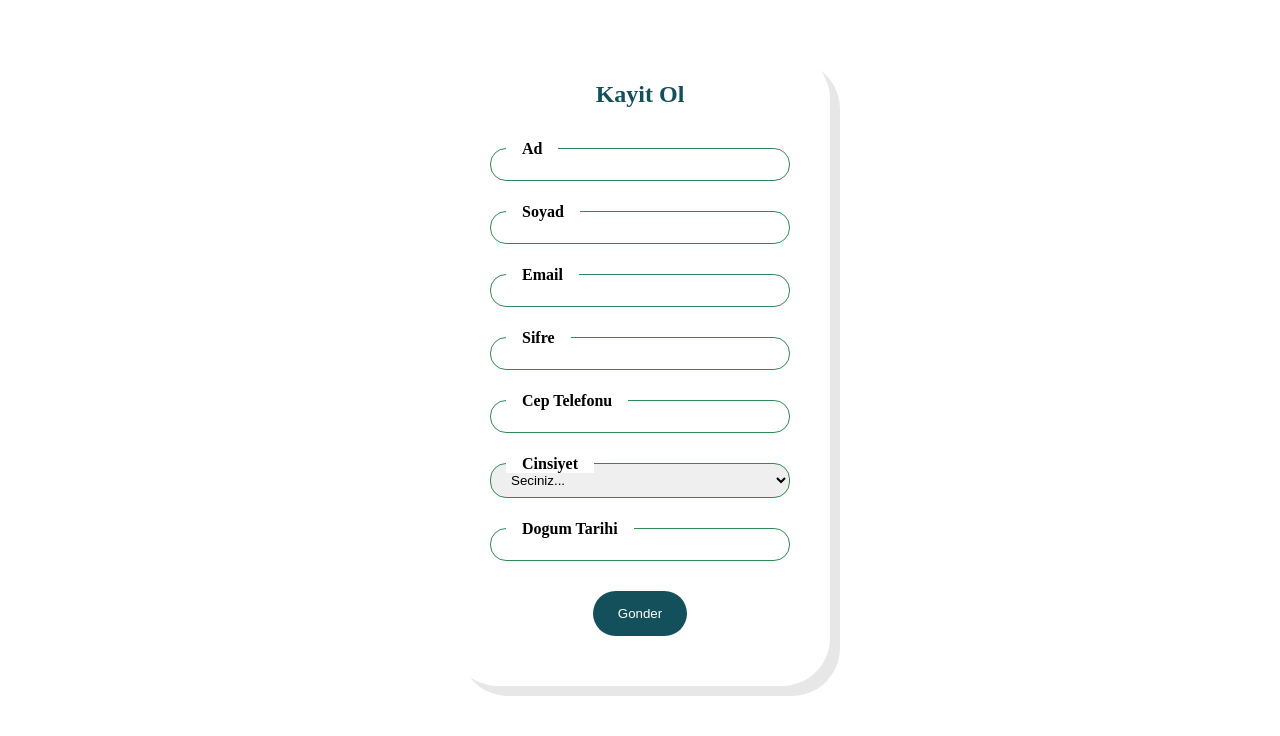
Repository: aenesyvz/web-programming-project
Page: http://localhost/test4/index2.jsp
An editor plug-in stored every save of this project. The page is shown before and after the next save, followed by the edit.
The browser window is 1280 px wide. The pictures show the whole page.
The page is served by Tomcat 9.

Above is the page before, as saved 2023-05-12 08:02:53.

After the next save:
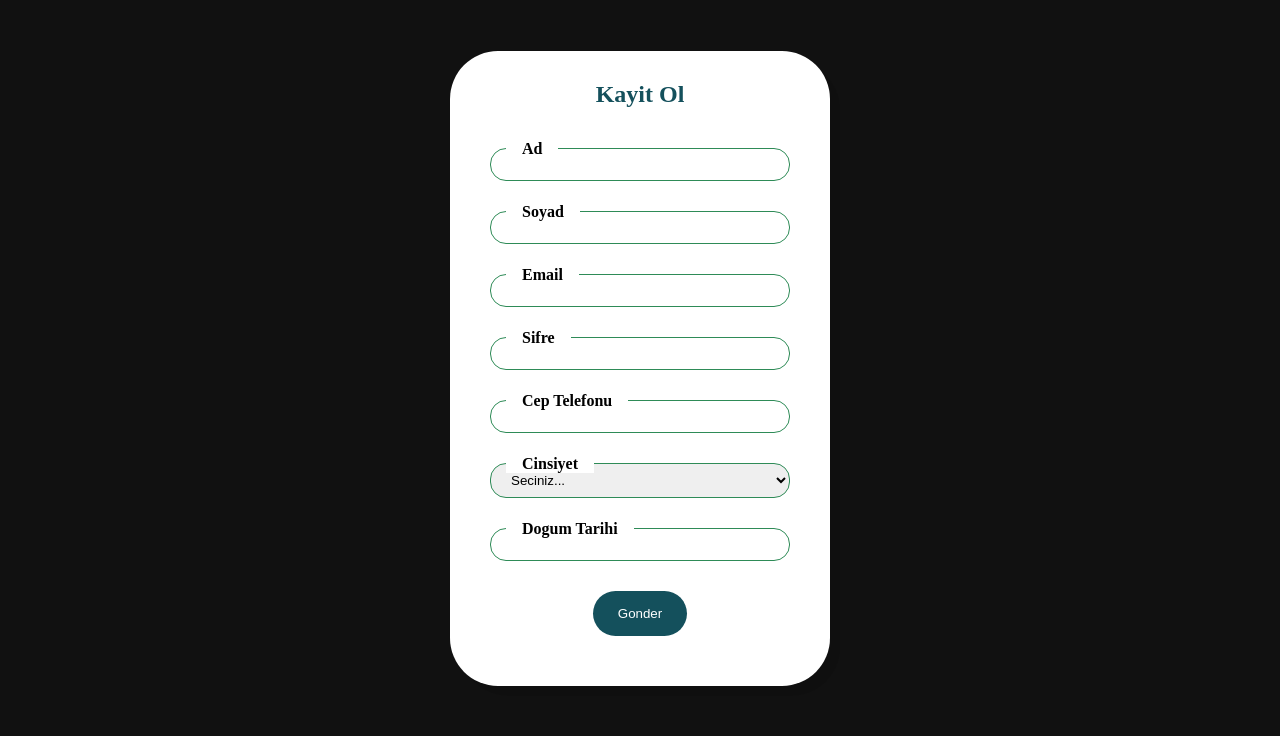
Saved 9 s later.
--- a/test/test4/src/main/webapp/css/index.css
+++ b/test/test4/src/main/webapp/css/index.css
@@ -8,6 +8,7 @@
     display:flex;
 	justify-content:center;
 	align-items:center;
+	background: #111;
 /*     background: */
 /*         linear-gradient(to left top, rgba(0, 255, 255, 1) 0%bottom-right color, rgba(255, 0, 255, 0.5) 50% middle color, rgba(255, 255, 0, 1) 100% top-left color), */
 /*         linear-gradient(rgba(0, 0, 0, 1), rgba(0, 0, 0, 1))"faked" black background make sure to add last or it will appear before the transparent/colored layer; */
